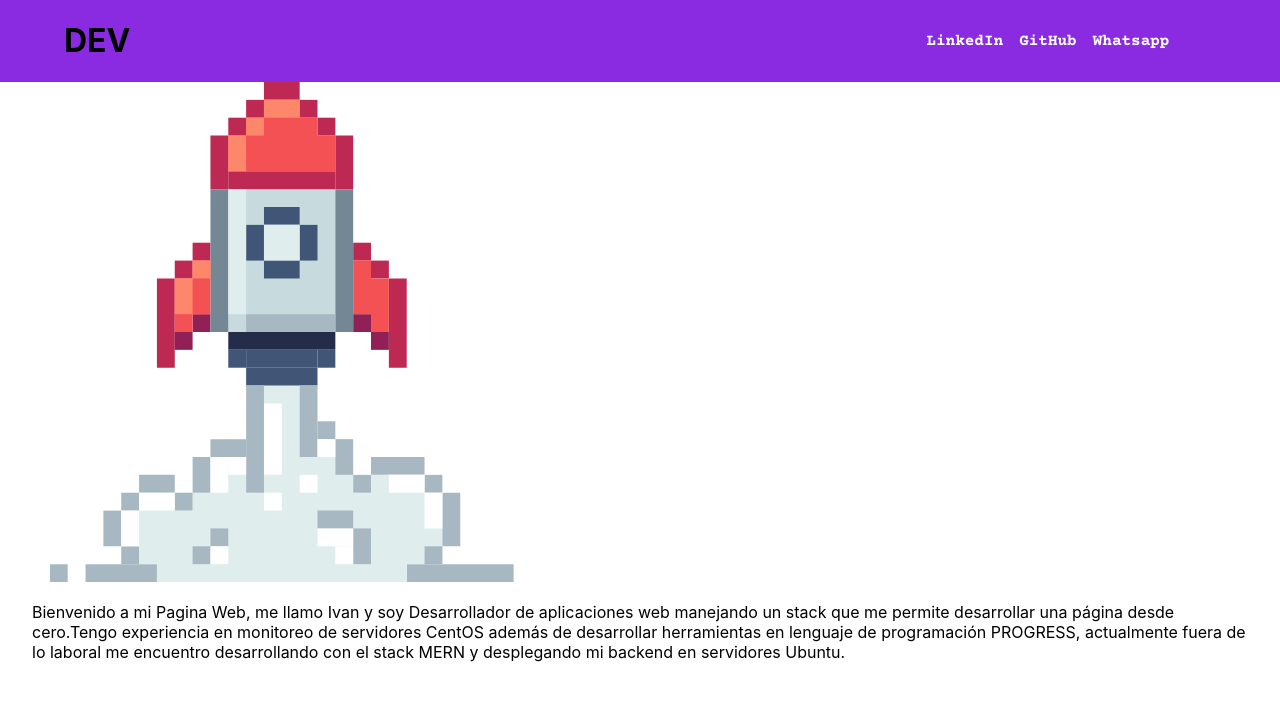
Repository: FxIvan/myweb
Page: /
These files come from the project's save history. The page is drawn as it stood at one moment and after a run of saves; the edit follows.
The browser window is 1280 px wide. The pictures show the whole page.
The project was rebuilt for these pictures with package versions that can differ from the ones it lists, and the page was loaded fresh each time.

Above is the page before, as saved 2022-11-02 11:43:01.

### public/index.html
<!DOCTYPE html>
<html lang="en">
  <head>
    <meta charset="utf-8" />
    <link rel="icon" href="%PUBLIC_URL%/favicon.ico" />
    <meta name="viewport" content="width=device-width, initial-scale=1" />
    <meta name="theme-color" content="#000000" />
    <meta
      name="description"
      content="Web site created using create-react-app"
    />
    <link rel="apple-touch-icon" href="%PUBLIC_URL%/logo192.png" />
    <!--
      manifest.json provides metadata used when your web app is installed on a
      user's mobile device or desktop. See https://developers.google.com/web/fundamentals/web-app-manifest/
    -->
    <link rel="manifest" href="%PUBLIC_URL%/manifest.json" />
    <!--
      Notice the use of %PUBLIC_URL% in the tags above.
      It will be replaced with the URL of the `public` folder during the build.
      Only files inside the `public` folder can be referenced from the HTML.

      Unlike "/favicon.ico" or "favicon.ico", "%PUBLIC_URL%/favicon.ico" will
      work correctly both with client-side routing and a non-root public URL.
      Learn how to configure a non-root public URL by running `npm run build`.
    -->
    <title>My Web |Almendra Ivan 2022</title>
    <!--FONTS GOOGLE-->
    <link rel="preconnect" href="https://fonts.googleapis.com">
    <link rel="preconnect" href="https://fonts.gstatic.com" crossorigin>
    <link href="https://fonts.googleapis.com/css2?family=Courier+Prime:wght@700&display=swap" rel="stylesheet">
  </head>
  <body>
    <noscript>You need to enable JavaScript to run this app.</noscript>
    <div id="root"></div>
    <!--
      This HTML file is a template.
      If you open it directly in the browser, you will see an empty page.

      You can add webfonts, meta tags, or analytics to this file.
      The build step will place the bundled scripts into the <body> tag.

      To begin the development, run `npm start` or `yarn start`.
      To create a production bundle, use `npm run build` or `yarn build`.
    -->
  </body>
</html>

### src/index.js
import React from 'react';
import ReactDOM from 'react-dom/client';
import './index.css';
import App from './App';
import reportWebVitals from './reportWebVitals';
import { BrowserRouter } from 'react-router-dom';


const root = ReactDOM.createRoot(document.getElementById('root'));
root.render(
  <React.StrictMode>
    <App />
  </React.StrictMode>
);

// If you want to start measuring performance in your app, pass a function
// to log results (for example: reportWebVitals(console.log))
// or send to an analytics endpoint. Learn more: https://bit.ly/CRA-vitals
reportWebVitals();

### src/App.js
import { Routes, Route, HashRouter} from "react-router-dom";
import { Header } from "./component/header/header";

function App() {
  return (
    <HashRouter>
    <Routes>
        <Route path="/" element={<Header/>} />
    </Routes>
    </HashRouter>
  );
}

export default App;

### src/component/header/header.js
import React from 'react'
import '../css/header.css'
import { Section1 } from '../section1/section1'


export const Header = () =>{
    return(
        <div>
        <header>
            <div className='container-header'>
                <div className='subcontainer-header'>
                    <div className='container-header-logo'>
                        <h1>DEV</h1>
                    </div>
                    <div className='container-header-link'>
                        <ul>
                            <li><a href='https://www.linkedin.com/in/devalmendra/' target='_blanck'>LinkedIn</a></li>
                            <li><a href='https://github.com/FxIvan' target='_blanck'>GitHub</a></li>
                            <li><a href='https://api.whatsapp.com/send/?phone=541136887781&text&type=phone_number&app_absent=0' target='_blanck'>Whatsapp</a></li>
                        </ul>
                    </div>
                </div>
            </div>
        </header>
        <section>
            <div>
                <Section1/>
            </div>
        </section>
        </div>
    )
}

### src/component/css/header.css
header{
    background-color: blueviolet;
}

.container-header{
    margin: auto;
}

.subcontainer-header{
    display: flex;
    width: 90%;
    margin: auto;
    align-items: center;
}

.container-header-logo{
    width: 70%;
}
.container-header-link{
    width: 30%;
}
.container-header-link ul, a{
    display: flex;
    text-decoration: none;
    list-style: none;
    font-family: 'Courier Prime', monospace;
    font-weight: bolder;
    font-size: 16px;
    color: white;
}

.container-header-link ul li{
    margin-left: 1rem;
}

.container-presentacion{
    width: 95%;
    margin: auto;
    height: 20vh;
}

.pesentacion-img{

}

.presentacion-text{

}

@media only screen and (max-width: 700px) {
    .container-header{

    }
    .subcontainer-header{

    }
    .container-header-logo{

    }
    .container-header-link{

    }
}

### src/component/section1/section1.js
import React from 'react'
import cohete from '../../media/img/coheteSection.svg'


export const Section1 = () =>{
    return(
        <div>
            <div className='container-presentacion'>
                <div className='pesentacion-img'>
                    <img src={cohete}/>
                </div>
                <div className='presentacion-text'>
                    <div>
                        <p>Bienvenido a mi Pagina Web, me llamo Ivan y soy Desarrollador de aplicaciones web manejando un stack que me permite desarrollar una página desde cero.Tengo experiencia en monitoreo de servidores CentOS además de desarrollar herramientas en lenguaje de programación PROGRESS, actualmente fuera de lo laboral me encuentro desarrollando con el stack MERN y desplegando mi backend en servidores Ubuntu. </p>
                    </div>
                </div>
            </div>
        </div>
    )
}

Loaded but not shown: src/index.css (common file); src/reportWebVitals.js (common file)

After the next 2 saves:
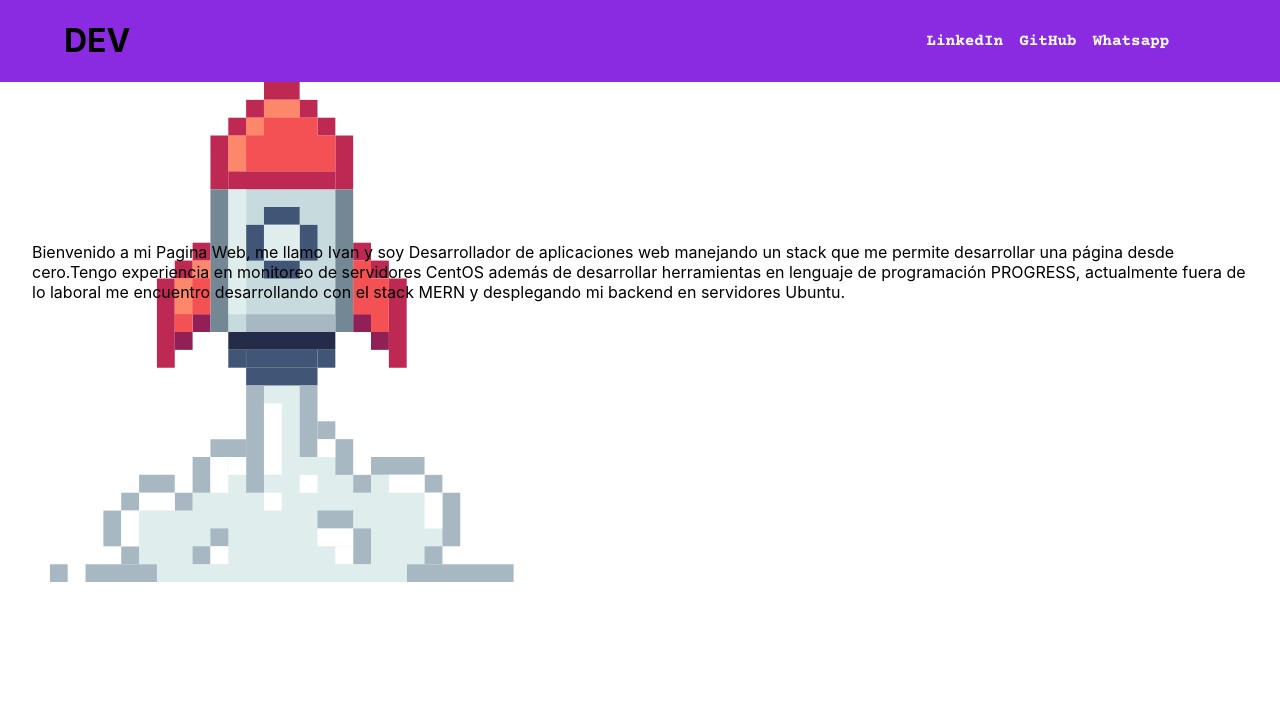
The 2 saves are shown as one change because they came seconds apart.
The last was saved 41 s later.
--- a/src/component/css/header.css
+++ b/src/component/css/header.css
@@ -40,11 +40,11 @@
 }
 
 .pesentacion-img{
-
+    height: 100%;
 }
 
 .presentacion-text{
-
+    height: 100%;
 }
 
 @media only screen and (max-width: 700px) {
